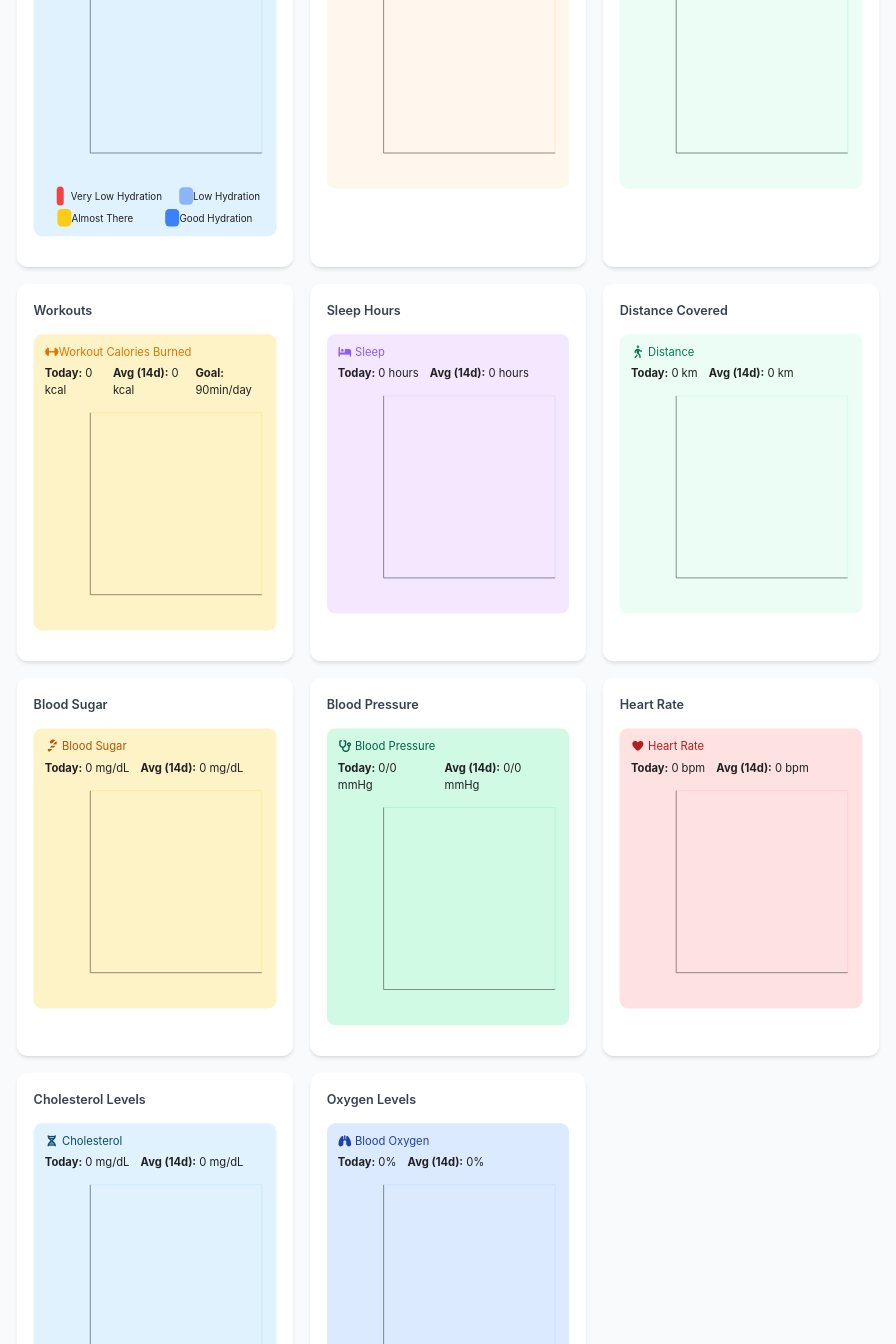
Repository: bhumikamourya/health-monitoring-application
Page: /dashboard (app in frontend/)
An editor plug-in stored every save of this project. The page is shown before and after the next save, followed by the edit.
The browser window is 1280 px wide. The pictures show the part of the page from y = 442 to 2362 px (the page is 2589 px tall before and 2573 px after), at 70% of full size.
The page's requests for data from a server got no answer. Some web libraries are served in a nearby version. The project was rebuilt for these pictures with package versions that can differ from the ones it lists, and the page was loaded fresh each time. No one was signed in, and anything a server would have sent is missing. Also part of the build but not shown: frontend/src/components/Home/particleBackground.js, frontend/src/components/Home/Component1.js, frontend/src/components/Home/Component2.js, frontend/src/components/Home/Component3.js, frontend/src/components/Home/Component4.js, frontend/src/components/Home/HomePage.js, frontend/src/components/Blog/Component1.js, frontend/src/components/Blog/Component2.js and 16 more.

Above is the page before, as saved 2025-10-14 19:00:07.

### frontend/public/index.html
<!DOCTYPE html>
<html lang="en">

<head>
  <meta charset="utf-8" />
  <link rel="icon" href="%PUBLIC_URL%/favicon.ico" />
  <meta name="viewport" content="width=device-width, initial-scale=1" />
  <meta name="theme-color" content="#000000" />
  <meta name="description" content="Web site created using create-react-app" />
  <link rel="apple-touch-icon" href="%PUBLIC_URL%/logo192.png" />
  <link rel="manifest" href="%PUBLIC_URL%/manifest.json" />

  <script src="https://cdn.jsdelivr.net/npm/@tailwindcss/browser@4"></script>

  <link href="https://cdn.jsdelivr.net/npm/bootstrap@5.3.7/dist/css/bootstrap.min.css" rel="stylesheet"
    integrity="sha384-LN+7fdVzj6u52u30Kp6M/trliBMCMKTyK833zpbD+pXdCLuTusPj697FH4R/5mcr" crossorigin="anonymous">
  <link rel="stylesheet" href="https://cdnjs.cloudflare.com/ajax/libs/font-awesome/7.0.0/css/all.min.css"
    integrity="sha512-DxV+EoADOkOygM4IR9yXP8Sb2qwgidEmeqAEmDKIOfPRQZOWbXCzLC6vjbZyy0vPisbH2SyW27+ddLVCN+OMzQ=="
    crossorigin="anonymous" referrerpolicy="no-referrer" />
  <title>React App</title>
</head>

<body>
  <noscript>You need to enable JavaScript to run this app.</noscript>
  <div id="root"></div>
  <!--
      This HTML file is a template.
      If you open it directly in the browser, you will see an empty page.

      You can add webfonts, meta tags, or analytics to this file.
      The build step will place the bundled scripts into the <body> tag.

      To begin the development, run `npm start` or `yarn start`.
      To create a production bundle, use `npm run build` or `yarn build`.
    -->
</body>

</html>

### frontend/src/index.css
@tailwind base;
@tailwind components;
@tailwind utilities;

body {
  margin: 0;
  font-family: -apple-system, BlinkMacSystemFont, 'Segoe UI', 'Roboto', 'Oxygen',
    'Ubuntu', 'Cantarell', 'Fira Sans', 'Droid Sans', 'Helvetica Neue',
    sans-serif;
  -webkit-font-smoothing: antialiased;
  -moz-osx-font-smoothing: grayscale;
  background-color: #fff;
  color: #212121;
}

code {
  font-family: source-code-pro, Menlo, Monaco, Consolas, 'Courier New',
    monospace;
}

h1,
h2,
h3,
h4,
h5,
h6 {
  color: #2c3e50
}

/* NAVBAR STYLING */
.background {
  background-color: #1976d2;
}

.footer-a-links {
  text-decoration: underline;
  color: #fff;
}

.footer-a-links:hover {
  text-decoration: underline;
}

.menu {
  color: #fff;
  margin-left: 20px;
}

.menu.selected {
  color: #64b5f6;
}

.links {
  color: #1976d2;
}

.links:hover {
  opacity: 0.7;
}

.nav-links {
  color: #fff;
}

.nav-links:hover {
  color: #64b5f6;
}

.coloured-btn {
  background-color: #1976d2;
  color: #fff;
}

.coloured-btn:hover {
  background-color: #1976d2;
}

.bold-text {
  color: #1976d2;
}


/* HOME COMPONENT-1 */
.component1-container {
  background-color: #f5f5f5;
}
.component1-icons{
  background-color: #e9f2fa;
  padding:20px 40px 20px 20px;
  border-radius: 50%;
}

.fa-check,
.fa-square-check,
.fa-calendar-week,
.fa-chart-line {
  color: #1976d2;
  font-size: 25px;
}

.fa-check {
  color: #43a047;
}


/* HOME COMPONENT-2 */
.complete-control-text {
  background-color: #e9f2fa;
  width: 60%;
  margin: 25px 5px 0 40px;
  padding: 4px;
  border-radius: 30px;
  color: #1976d2;
}

.coloured-card {
  margin-left: 50px;
  border: 3px solid #1976d2;
  border-radius: 15px;
  background-color: #fafafa;
}

/* BLOG COMPONENT */
.blogs-container {
  width: 14rem;
  box-shadow: 5px 5px 10px #f4f3f3;
}

.capsule-text {
  font-size: 10px;
  border: 1px solid #cfd1d1ff;
  padding: 4px 7px;
  border-radius: 10px;
  color: #2c2c2c;
}

/* PRICING COMPONENT */
.pricing-cards {
  margin-right: 15px;
  border: 0.4px solid #bbbabaff;
  border-radius: 30px;
}

.fa-xmark {
  font-size: 20px;
}

.complete-text {
  width: auto;
  padding: 4px 10px;
  background-color: #e9f2fa;
  border-radius: 30px;
  color: #1976d2;
}

.pricing-card2 {
  margin-left: 15px;
  border: 2px solid #1976d2;
  border-radius: 30px;
  background-color: #fafafa;
}

.pomodoro-card {
  border: 0.3px solid #424242;
  border-top: 4px solid #1976d2;
  border-radius: 10px;
}
.steps-chart-content{
  line-height: 10px;
}
.goto-dashboard:hover{
  text-decoration: underline;
  color: #6e7983;
}

### frontend/src/components/Charts/fitnessCharts.js
import { Line, CartesianGrid, XAxis, YAxis, Tooltip, ResponsiveContainer, BarChart, Bar } from "recharts";
import { useChartData } from "../../Hook/useChartData";
import { CustomTooltip } from "../../utils/CustomTooltip.js";

// Water Chart
function WaterChart({ days = 7, target = 8 }) {
  const { data, todayTotal, avg } = useChartData("water", "water", days);

  const getWaterColor = (value, target) => {
    if (value < target * 0.5) return "#ef4444";   // 🔴 Red - very low hydration
    if (value < target * 0.8) return "#8cb5f7ff"; // 🟠 Light blue - low
    if (value < target) return "#facc15";         // 🟡 Yellow - almost there
    return "#3b82f6";                             // 🔵 Blue - good hydration
  };

  const coloredData = data.map(d => ({
    ...d,
    fill: getWaterColor(d.water, target)
  }));

  return (
    <div
      style={{
        maxWidth: 700,
        margin: "20px auto",
        background: "#e0f2fe",
        borderRadius: 12,
        padding: 16
      }}
    >
      <h2 style={{ marginBottom: 8, color: "#2563eb" }}>
        <i className="fa-solid fa-droplet"></i> Water Intake
      </h2>

      <div style={{ display: "flex", gap: 16, marginBottom: 16 }}>
        <div><b>Today:</b> {todayTotal} glasses</div>
        <div><b>Avg ({days}d):</b> {avg} glasses</div>
      </div>

      <div style={{ width: "100%", height: 300 }}>
        <ResponsiveContainer>
          <BarChart data={coloredData}>
            <CartesianGrid stroke="#bae6fd" />
            <XAxis dataKey="date" />
            <YAxis allowDecimals={false} />
            <Tooltip content={<CustomTooltip unit="glasses" />} />
            <Bar dataKey="water" fill={({ payload }) => payload.fill} />
            <Line
              type="monotone"
              dataKey={() => target}
              stroke="#1d4ed8"
              strokeWidth={2}
              dot={false}
            />
          </BarChart>
        </ResponsiveContainer>
      </div>

      {/* 👇 Color Legend Section */}
      <div
        style={{
          marginTop: 16,
          display: "flex",
          justifyContent: "space-around",
          flexWrap: "wrap",
          gap: 10,
          fontSize: 14
        }}
      >
        <div><span style={{ background: "#ef4444", padding: "5px",margin:"10px", borderRadius: 50 }}></span> Very Low Hydration</div>
        <div><span style={{ background: "#8cb5f7ff", padding: "4px 10px", borderRadius: 6 }}></span> Low Hydration</div>
        <div><span style={{ background: "#facc15", padding: "4px 10px", borderRadius: 6 }}></span> Almost There</div>
        <div><span style={{ background: "#3b82f6", padding: "4px 10px", borderRadius: 6 }}></span> Good Hydration</div>
      </div>
    </div>
  );
}



// Calories Chart
function CaloriesChart({ days = 7, target = 2500 }) {
  const { data, todayTotal, avg } = useChartData("calories", "calories", days);
  const getCaloriesColor = (value, target) => {
    if (value <= target) return "#22c55e";          // green
    if (value <= target * 1.1) return "#f59e0b";   // yellow
    return "#dc2626";                               // red
  };

  const coloredData = data.map(d => ({
    ...d,
    fill: getCaloriesColor(d.calories, target)
  }));
  return (
    <div style={{ maxWidth: 700, margin: "20px auto", background: "#fff7ed", borderRadius: 12, padding: 16 }}>
      <h2 style={{ marginBottom: 8, color: "#b45309" }}><i className="fa-solid fa-fire" style={{ color: "#f59e0b" }}></i> Calories Burned </h2>
      <div style={{ display: "flex", gap: 16, marginBottom: 16 }}>
        <div><b>Today:</b> {todayTotal} kcal</div>
        <div><b>Avg ({days}d):</b> {avg} calories</div>
      </div>
      <div style={{ width: "100%", height: 300 }}>
        <ResponsiveContainer>
          <BarChart data={coloredData}>
            <CartesianGrid stroke="#fde2c0" />
            <XAxis dataKey="date" />
            <YAxis allowDecimals={false} />
            <Tooltip content={<CustomTooltip unit="kcal" />} />
            <Bar dataKey="calories" fill={({ payload }) => payload.fill} />
            <Line type="monotone" dataKey={() => target} stroke="#991b1b" strokeWidth={2} dot={false} />
          </BarChart>
        </ResponsiveContainer>
      </div>
    </div>
  );
}

// Steps Chart
function StepsChart({ days = 7, target = 12000 }) {
  const { data, todayTotal, avg } = useChartData("steps", "steps", days);
  const getStepsColor = (value) => {
    if (value < target * 0.7) return "#dc2626";   // red (low)
    if (value < target) return "#1ff66eff";         // amber (medium)
    return "#16a34a";                             // green (good)
  };

  const coloredData = data.map(d => ({
    ...d,
    fill: getStepsColor(d.steps)
  }));

  return (
    <div style={{ maxWidth: 700, margin: "20px auto", background: "#ecfdf5", borderRadius: 12, padding: 16 }}>
      <h2 style={{ marginBottom: 8, color: "#065f46" }}><i className="fa-solid fa-shoe-prints"></i> Steps </h2>
      <div style={{ display: "flex", gap: 16, marginBottom: 16 }}>
        <div><b>Today:</b> {todayTotal} steps</div>
        <div><b>Avg ({days}d):</b> {avg} steps</div>
      </div>
      <div style={{ width: "100%", height: 300 }}>
        <ResponsiveContainer>
          <BarChart data={coloredData}>
            <CartesianGrid stroke="#bbf7d0" />
            <XAxis dataKey="date" />
            <YAxis allowDecimals={false} />
            <Tooltip content={<CustomTooltip unit="Steps" />} />
            <Bar dataKey="steps" fill={({ payload }) => payload.fill} />
            <Line
              type="monotone"
              dataKey={() => target}
              stroke="#047857"
              strokeWidth={2}
              dot={false}
            />
          </BarChart>
        </ResponsiveContainer>
      </div>
    </div>
  );
}

// Sleep Chart
function SleepChart({ days = 7, target = 8 }) {
  const { data, todayTotal, avg } = useChartData("sleep", "sleep", days);
  const getSleepColor = (value) => {
    if (value < 5) return "#e33636ff";
    if (value < 7) return "#beabe8ff";
    if (value <= 9) return "#ab89fbff";
    return "#8b5cf6";
  };
  const coloredData = data.map(d => ({
    ...d,
    fill: getSleepColor(d.sleep, target)
  }));
  return (
    <div style={{ maxWidth: 700, margin: "20px auto", background: "#f3e8ff", borderRadius: 12, padding: 16 }}>
      <h2 style={{ marginBottom: 8, color: "#8b5cf6" }}><i className="fa-solid fa-bed"></i> Sleep</h2>
      <div style={{ display: "flex", gap: 16, marginBottom: 16 }}>
        <div><b>Today:</b> {todayTotal} hours</div>
        <div><b>Avg ({days}d):</b> {avg} hours</div>
      </div>
      <div style={{ width: "100%", height: 300 }}>
        <ResponsiveContainer>
          <BarChart data={coloredData}>
            <CartesianGrid stroke="#ddd6fe" />
            <XAxis dataKey="date" />
            <YAxis allowDecimals={false} />
            <Tooltip content={<CustomTooltip unit="hours" />} />
            <Bar dataKey="sleep" fill={({ payload }) => payload.fill} />
            <Line type="monotone" dataKey={() => target} stroke="#7c3aed" strokeWidth={2} dot={false} />
          </BarChart>
        </ResponsiveContainer>
      </div>
    </div>
  );
}

function DistanceChart({ days = 7, target = 5 }) {
  const { data, todayTotal, avg } = useChartData("distance", "distance", days);

  const getDistanceColor = (value, target) => {
    if (value < target * 0.5) return "#ef4444";   // 🔴 Very low
    if (value < target * 0.8) return "#81f2aaff";   // 🟠 Low
    if (value < target) return "#facc15";         // 🟡 Almost there
    return "#22c55e";                             // 🟢 Good
  };

  const coloredData = data.map(d => ({
    ...d,
    fill: getDistanceColor(d.distance, target)
  }));

  return (
    <div style={{ maxWidth: 700, margin: "20px auto", background: "#ecfdf5", borderRadius: 12, padding: 16 }}>
      <h2 style={{ marginBottom: 8, color: "#047857" }}>
        <i className="fa-solid fa-person-walking"></i> Distance
      </h2>

      <div style={{ display: "flex", gap: 16, marginBottom: 16 }}>
        <div><b>Today:</b> {todayTotal} km</div>
        <div><b>Avg ({days}d):</b> {avg} km</div>
      </div>

      <div style={{ width: "100%", height: 300 }}>
        <ResponsiveContainer>
          <BarChart data={coloredData}>
            <CartesianGrid stroke="#d1fae5" />
            <XAxis dataKey="date" />
            <YAxis allowDecimals={false} />
            <Tooltip content={<CustomTooltip unit="km" />} />
            <Bar dataKey="distance" fill={({ payload }) => payload.fill} />
            <Line type="monotone" dataKey={() => target} stroke="#047857" strokeWidth={2} dot={false} />
          </BarChart>
        </ResponsiveContainer>
      </div>
    </div>
  );
}


function WorkoutChart({ days = 7, target = 90 }) {
  // workoutsCalories ke liye hook call
  const { data, todayTotal, avg } = useChartData("workouts", "caloriesBurned", days);
  const getWorkoutColor = (value, target) => {
    if (value < target * 0.7) return "#ef4444";   // red - low
    if (value < target) return "#fbbf24";         // amber - medium
    return "#d97706";                             // green - achieved
  };

  const coloredData = data.map(d => ({
    ...d,
    fill: getWorkoutColor(d.caloriesBurned, target)
  }));
  return (
    <div style={{ maxWidth: 700, margin: "20px auto", background: "#fef3c7", borderRadius: 12, padding: 16 }}>
      <h2 style={{ marginBottom: 8, color: "#d97706" }}>
        <i className="fa-solid fa-dumbbell"></i>
        Workout Calories Burned </h2>
      <div style={{ display: "flex", gap: 16, marginBottom: 16 }}>
        <div><b>Today:</b> {todayTotal} kcal</div>
        <div><b>Avg ({days}d):</b> {avg} kcal</div>
        <div><b>Goal:</b> {target}min/day</div>
      </div>
      <div style={{ width: "100%", height: 300 }}>
        <ResponsiveContainer>
          <BarChart data={coloredData}>
            <CartesianGrid stroke="#fde68a" />
            <XAxis dataKey="date" />
            <YAxis allowDecimals={false} />
            <Tooltip content={<CustomTooltip unit="kcal" />} />
            <Bar dataKey="caloriesBurned" fill={({ payload }) => payload.fill} />
            <Line type="monotone" dataKey={() => target} stroke="#b45309" strokeWidth={2} dot={false} />
          </BarChart>
        </ResponsiveContainer>
      </div>
    </div>
  );
}




export { WaterChart, CaloriesChart, StepsChart, SleepChart, DistanceChart, WorkoutChart };

### frontend/src/components/Home/particleBackground.css
* {
    margin: 0;
    padding: 0;
    box-sizing: border-box;
}
a{
    text-decoration:none;
}

body {
    color: #212121;
    margin: 0;
    font-family: 'Arial', sans-serif;
    overflow-x: hidden;
    min-height: 100vh;
}

.particles-container {
    height: 98vh;
    width: 100%;
    position: relative;
    overflow: hidden;
}

.particle {
    position: absolute;
    width: 20px;
    height: 20px;
    border-radius: 3px;
    opacity: 0.7;
    box-shadow: 0 0 20px rgba(255, 255, 255, 0.3);
    animation-duration: 30s;
    animation-iteration-count: infinite;
    animation-timing-function: ease-in-out;
}

.content {
    position: absolute;
    top: 50%;
    left: 50%;
    transform: translate(-50%, -50%);
    z-index: 2;
    text-align: center;
    padding: 30px;
    border-radius: 15px;
}

h1 {
    font-size: 2.9rem;
    font-weight: 530;
    margin-bottom: 6px;
    background-size: 300% 300%;
}

p {
    font-size: 1.4rem;
    line-height: 1.6;
}
.home-btn1{
    background-color: #1976d2;
    color: #fff;
}
.home-btn1:hover{
     background-color: #176cc1;
}
.home-btn2{
    margin-left: 15px;
}
.home-btn2:hover{
    background-color: rgb(51, 51, 51);
}


@keyframes gradientShift {

    0%,
    100% {
        background-position: 0% 50%;
    }

    50% {
        background-position: 100% 50%;
    }
}

/* Particle animations */
 @keyframes move1 {

    0%,
    100% {
        transform: translate(0, 0) rotate(0deg);
    }

    25% {
        transform: translate(80px, 40px) rotate(90deg);
    }

    50% {
        transform: translate(40px, 80px) rotate(180deg);
    }

    75% {
        transform: translate(-40px, 60px) rotate(270deg);
    }
}

@keyframes move2 {

    0%,
    100% {
        transform: translate(0, 0) rotate(0deg);
    }

    25% {
        transform: translate(60px, -30px) rotate(45deg);
    }

    50% {
        transform: translate(-40px, 60px) rotate(135deg);
    }

    75% {
        transform: translate(70px, -20px) rotate(225deg);
    }
}

@keyframes move3 {

    0%,
    100% {
        transform: translate(0, 0) rotate(0deg);
    }

    25% {
        transform: translate(-5px, 5px) rotate(60deg);
    }

    50% {
        transform: translate(2px, -2px) rotate(70deg);
    }

    75% {
        transform: translate(-5px, 10px) rotate(140deg);
    }
}

@keyframes move4 {

    0%,
    100% {
        transform: translate(0, 0) rotate(60deg);
    }

    25% {
        transform: translate(50px, -50px) rotate(60deg);
    }

    50% {
        transform: translate(-30px, 90px) rotate(150deg);
    }

    75% {
        transform: translate(50px, -40px) rotate(270deg);
    }
}

/* Individual particle styles */
.particle:nth-child(1) {
    background-color: #ff6b6b;
    top: 10%;
    left: 10%;
    animation: move1 70s infinite;
    animation-delay: 1s;
    opacity: 0.4;
}

.particle:nth-child(2) {
    background-color: #4ecdc4;
    top: 20%;
    right: 80%;
    animation: move2 70s infinite;
    animation-delay: 1s;
}

.particle:nth-child(3) {
    background-color: #45b7d1;
    top: 60%;
    left: 10%;
    animation: move3 70s infinite;
    animation-delay: 1s;
}

.particle:nth-child(4) {
    background-color: #484948;
    top: 45%;
    left: 10%;
    animation: move4 70s infinite;
    animation-delay: 1s;
}

.particle:nth-child(5) {
    background-color: #feca57;
    top: 60%;
    right: 20%;
    animation: move1 70s infinite;
    animation-delay: 1s;
}

.particle:nth-child(6) {
    background-color: #ff9ff3;
    top: 35%;
    right: 20%;
    animation: move4 70s infinite;
    animation-delay: 1s;
}
.particle:nth-child(7) {
    background-color: #ffa502;
    top: 30%;
    right: 15%;
    animation: move3 70s infinite;
    animation-delay: 1s;
    opacity: 0.5;
}

.particle:nth-child(8) {
    background-color: #54a0ff;
    top: 30%;
    left: 13%;
    animation: move2 70s infinite;
    animation-delay: 1s;
}

.particle:nth-child(9) {
    background-color: #5f27cd;
    top: 75%;
    left: 10%;
   animation: move1 70s infinite;
    animation-delay: 1s;
}

.particle:nth-child(10) {
    background-color: #00d2d3;
    top: 25%;
    right: 5%;
    animation: move3 70s infinite;
    animation-delay: 1s;
    opacity: 0.4;
}

.particle:nth-child(11) {
    background-color: #e09df8;
    top: 5%;
    right: 15%;
    animation: move4 70s infinite;
    animation-delay: 1s;
    opacity: 0.5;
}

.particle:nth-child(12) {
    background-color: #ee5253;
    top: 35%;
    right:20%;
    animation: move2 70s infinite;
    animation-delay: 1s;
    opacity: 0.5;
}

.particle:nth-child(13) {
    background-color: #0abde3;
    top: 55%;
    left: 15%;
    animation: move1 70s infinite;
    animation-delay: 1s;
}

.particle:nth-child(14) {
    background-color: #10ac84;
    top: 20%;
    right: 10%;
    animation: move3 70s infinite;
    animation-delay: 1s;
}

.particle:nth-child(15) {
    background-color: #ff5252;
    top: 70%;
    right: 5%;
    animation: move2 70s infinite;
    animation-delay: 1s;
}

.particle:nth-child(16) {
    background-color: #3742fa;
    top: 40%;
    right: 17%;
   animation: move1 70s infinite;
    animation-delay: 1s;
}
.particle:nth-child(17) {
    background-color: #c84bf1;
    top: 3%;
    right: 10%;
    animation: move4 70s infinite;
    animation-delay: 1s;
}
.particle:nth-child(18) {
    background-color: #fa7537;
    top: 8%;
    left: 17%;
    animation: move2 70s infinite;
    animation-delay: 1s;
    opacity: 0.5;
}
.particle:nth-child(19) {
    background-color: #f371e8;
    top: 80%;
    left: 30%;
   animation: move4 70s infinite;
    animation-delay: 1s;
    opacity: 0.5;
}
.particle:nth-child(20) {
    background-color: #3c3c3d;
    top: 10%;
    right: 40%;
   animation: move2 70s infinite;
    animation-delay: 1s;
}
.particle:nth-child(21) {
    background-color: #afafe7;
    top: 50%;
    right: 6%;
    animation: move4 70s infinite;
    animation-delay: 1s;
}
.particle:nth-child(22) {
    background-color: #9f0eed;
    top: 70%;
    right: 20%;
    animation: move1 70s infinite;
    animation-delay: 1s;
}
.particle:nth-child(23) {
    background-color: #d9d7da;
    top: 20%;
    left: 80%;
    animation: move2 70s infinite;
    animation-delay: 1s;
    opacity: 0.5;
}
.particle:nth-child(24) {
    background-color: #6f6e6f;
    top: 80%;
    right: 10%;
    animation: move3 70s infinite;
    animation-delay: 1s;
}
.particle:nth-child(25) {
    background-color: #a6d9de;
    top:68%;
    left: 20%;
    animation: move4 70s infinite;
    animation-delay: 1s;
}
.particle:nth-child(26) {
    background-color: #3d3e3d;
    top: 30%;
    right: 10%;
    animation: move1 70s infinite;
    animation-delay: 1s;
}
.particle:nth-child(27) {
    background-color: #343434;
    top: 80%;
    left: 10%;
    animation: move2 70s infinite;
    animation-delay: 1s;
}
.particle:nth-child(28) {
    background-color: #3c3c3c;
    top: 40%;
    right: 70%;
    animation: move3 70s infinite;
    animation-delay: 1s;
}
.particle:nth-child(29) {
    background-color: #343435;
    top: 20%;
    right: 90%;
    animation: move4 70s infinite;
    animation-delay: 1s;
}
.particle:nth-child(30) {
    background-color: #c5e6d4;
    top: 90%;
    right: 30%;
    animation: move1 70s infinite;
    animation-delay: 1s;
}

Loaded but not shown: frontend/tailwind.config.js (common file); frontend/src/components/Charts/MedicalCharts.js (185 lines, source omitted); frontend/src/Navbar.js (85 lines, source omitted); frontend/src/TrackerForms/Dashboard.js (91 lines, source omitted); frontend/src/Hook/useBPChartData.js (65 lines, source omitted); frontend/src/index.js (46 lines, source omitted); frontend/src/Hook/useCholesterolChartData.js (62 lines, source omitted); frontend/src/Hook/useChartData.js (56 lines, source omitted); frontend/src/Footer.js (35 lines, source omitted); frontend/src/components/Logout.js (16 lines, source omitted); frontend/src/utils/api.js (13 lines, source omitted)

After the next save:
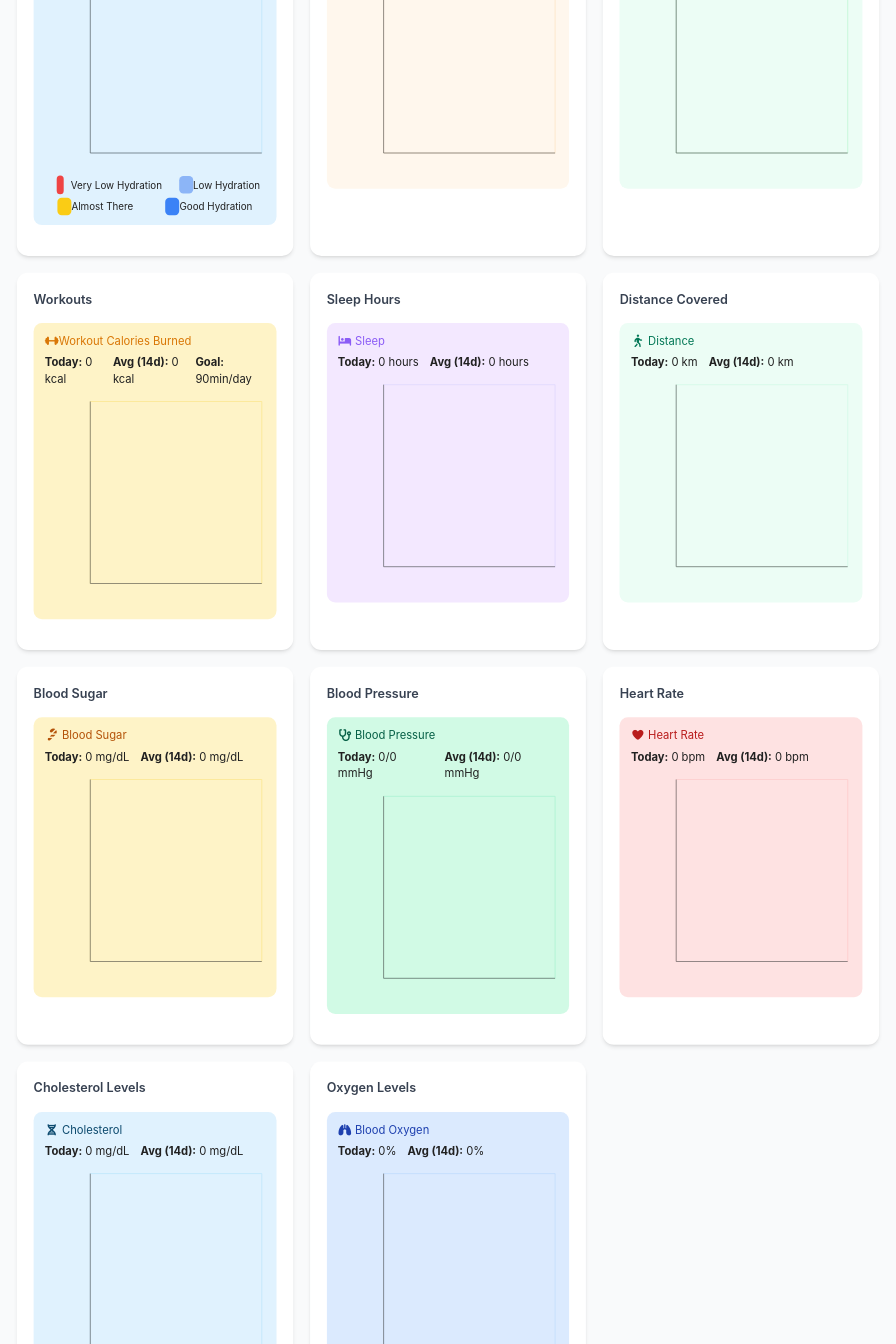
Saved 30 s later.
--- a/frontend/src/components/Charts/fitnessCharts.js
+++ b/frontend/src/components/Charts/fitnessCharts.js
@@ -59,7 +59,7 @@ function WaterChart({ days = 7, target = 8 }) {
       {/* 👇 Color Legend Section */}
       <div
         style={{
-          marginTop: 16,
+          // marginTop: 16,
           display: "flex",
           justifyContent: "space-around",
           flexWrap: "wrap",
